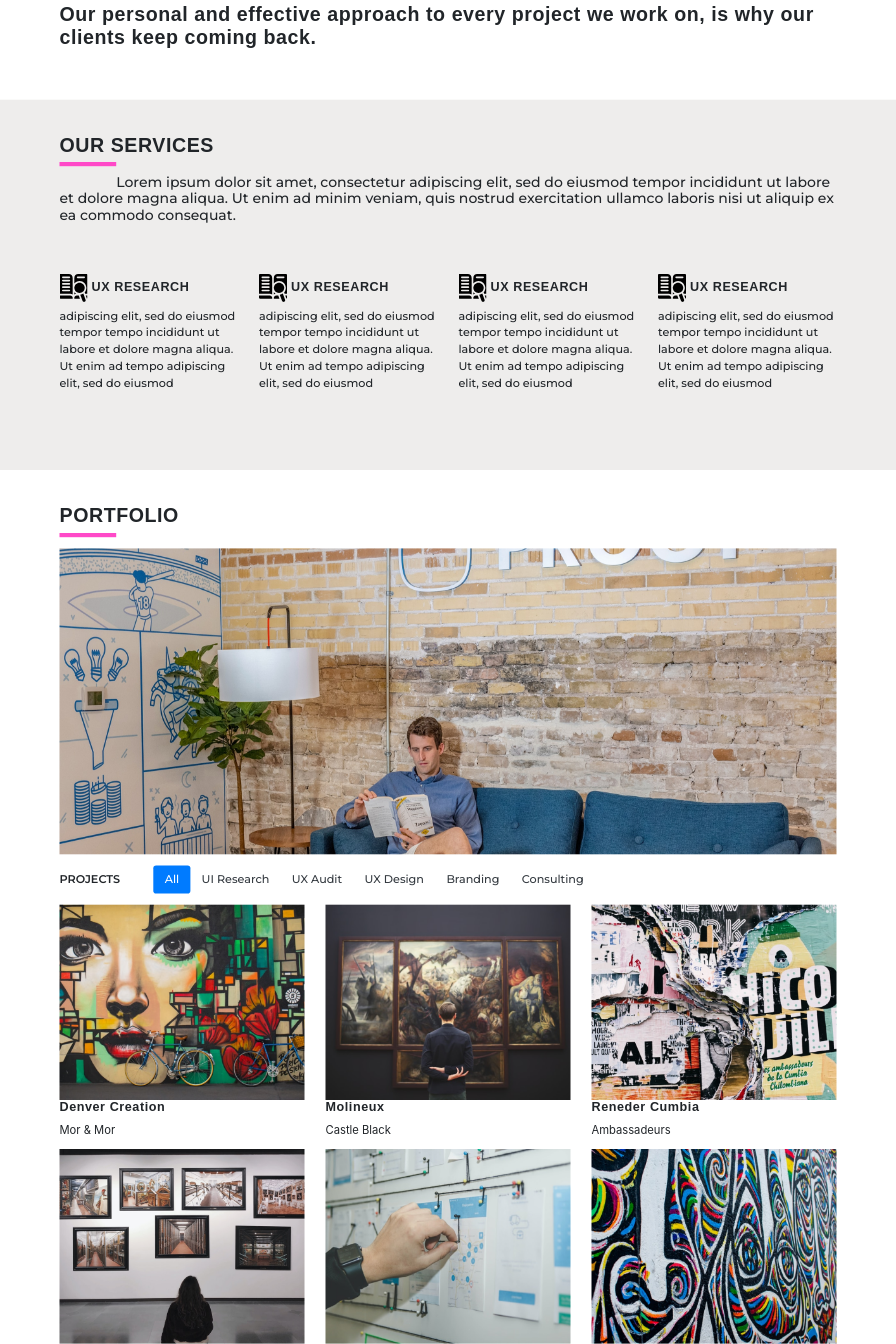
Repository: Syfon01/hng-port
Page: index.html
The author's editor kept a copy of each file at every save. The page is drawn from the files as they stood at one save, then again after the next save.
The browser window is 1280 px wide. The pictures show the part of the page from y = 1229 to 3149 px (the page is 5112 px tall before and 5142 px after), at 70% of full size.
Some web fonts or font styles are not loaded; a fallback is used.

Above is the page before, as saved 2020-06-28 20:30:34.

After the next save:
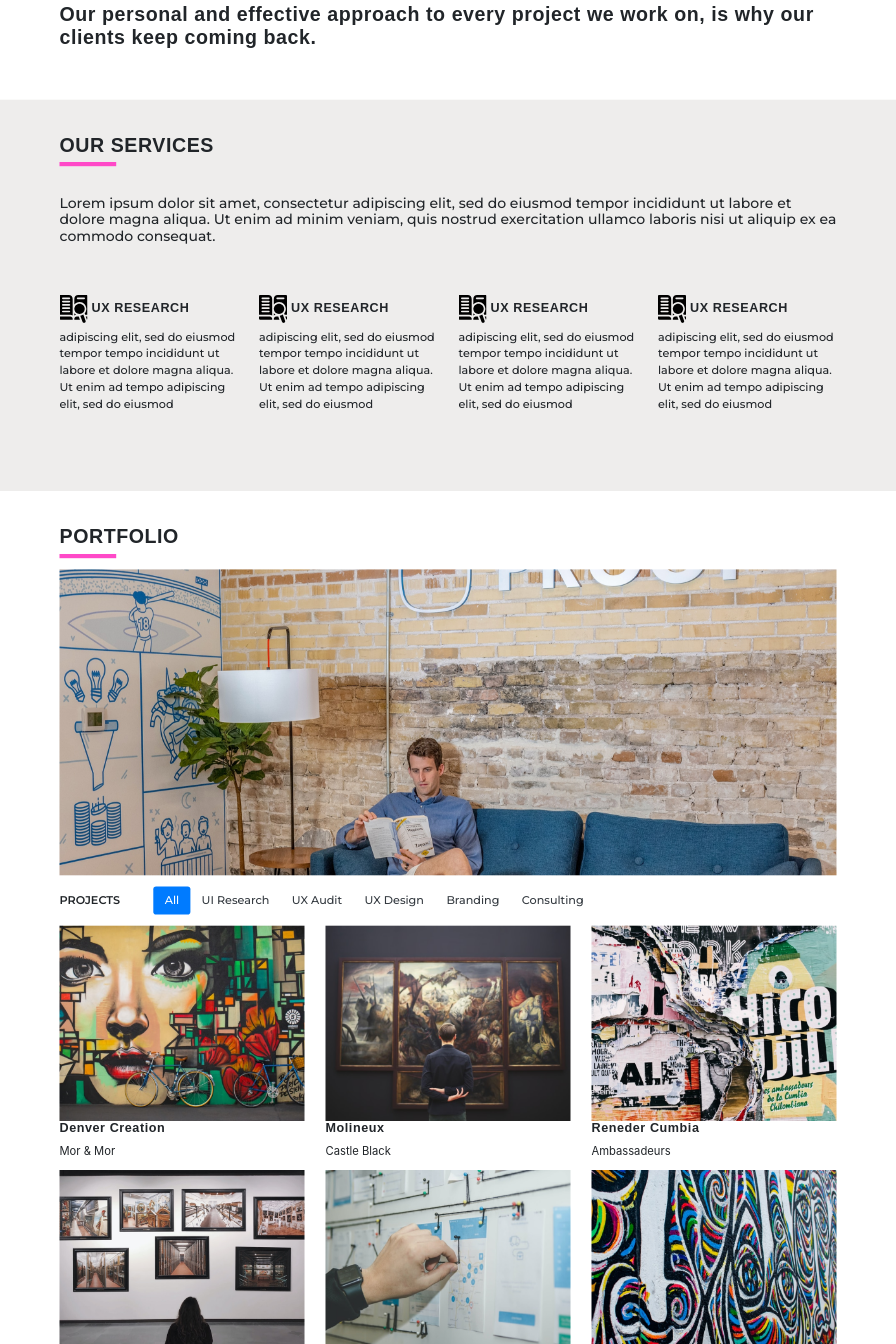
Saved 4 s later.
--- a/index.html
+++ b/index.html
@@ -80,7 +80,7 @@
         </h3>
         <hr class="hr mb-3">
 
-        <h4 class="py-3 mt-2 ">
+        <h4 class="py-3 mt-2 float-left">
           Lorem ipsum dolor sit amet, consectetur adipiscing elit, sed do eiusmod tempor incididunt ut labore et dolore magna
           aliqua. Ut enim ad minim veniam, quis nostrud exercitation ullamco laboris nisi ut aliquip ex ea commodo consequat.
         </h4>
